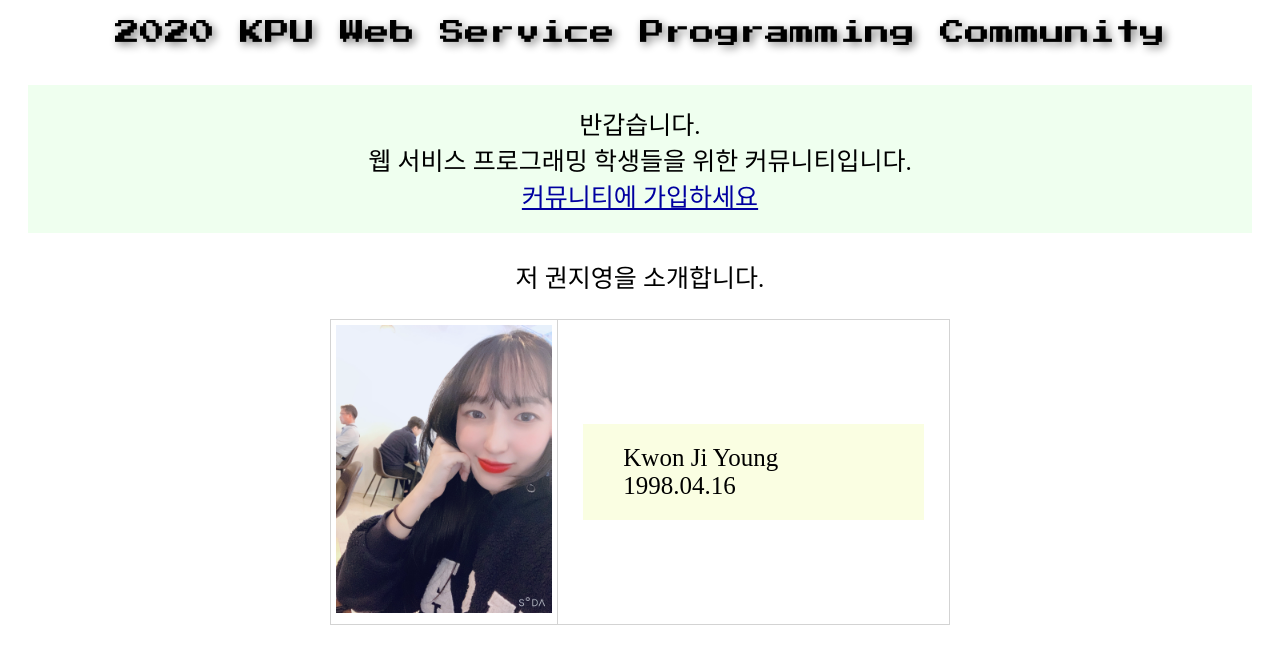
Repository: JiYoung-Kwon/WebProgramming
Page: workspace_20206R/kwonjiyoung_reg/WebContent/welcome.html
The author's editor kept a copy of each file at every save. The page is drawn from the files as they stood at one save, then again after the next save.
The browser window is 1280 px wide. The pictures show the whole page.
Some web fonts or font styles are not loaded; a fallback is used.

Above is the page before, as saved 2020-10-07 07:56:47.

After the next save:
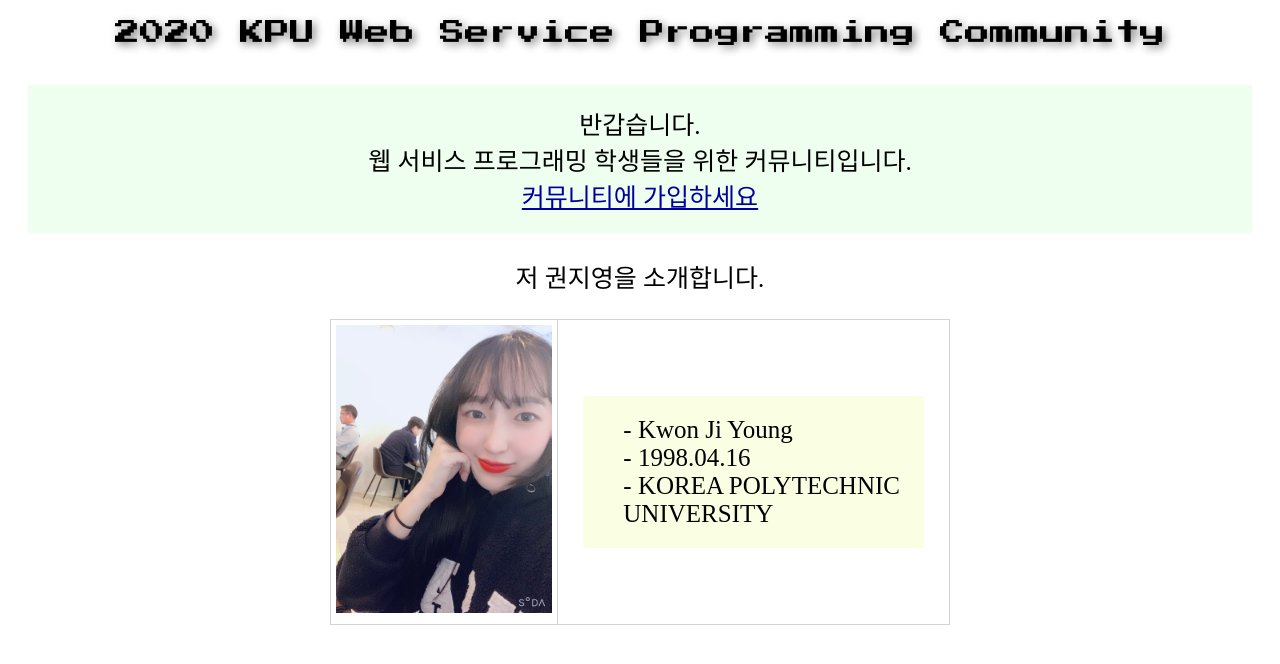
Saved 103 s later.
--- a/workspace_20206R/kwonjiyoung_reg/WebContent/welcome.html
+++ b/workspace_20206R/kwonjiyoung_reg/WebContent/welcome.html
@@ -28,8 +28,9 @@
 					<th> <img src="resources/Jiyoung.jpg" alt="jiyoung" width="216"height="288"></th>
 					<td>
 						<ul>
-							<li> Kwon Ji Young</li>
-							<li> 1998.04.16</li>
+							<li> - Kwon Ji Young</li>
+							<li> - 1998.04.16</li>
+							<li> - KOREA POLYTECHNIC UNIVERSITY </li>
 						 </ul>
 					</td>
 				</tr>
